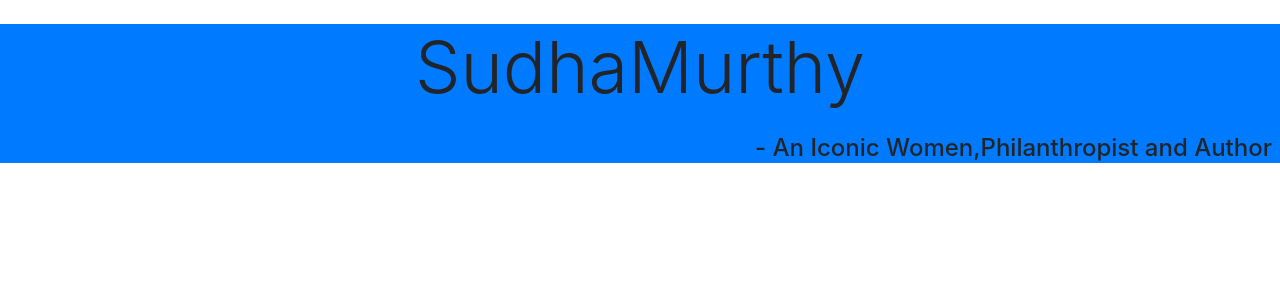
Repository: sumanthr18/RoleModel
Page: index.html
The author's editor kept a copy of each file at every save. The page is drawn from the files as they stood at one save, then again after a run of saves.
The browser window is 1280 px wide. The pictures show the whole page.

Above is the page before, as saved 2020-03-14 14:20:40.

After the next 2 saves:
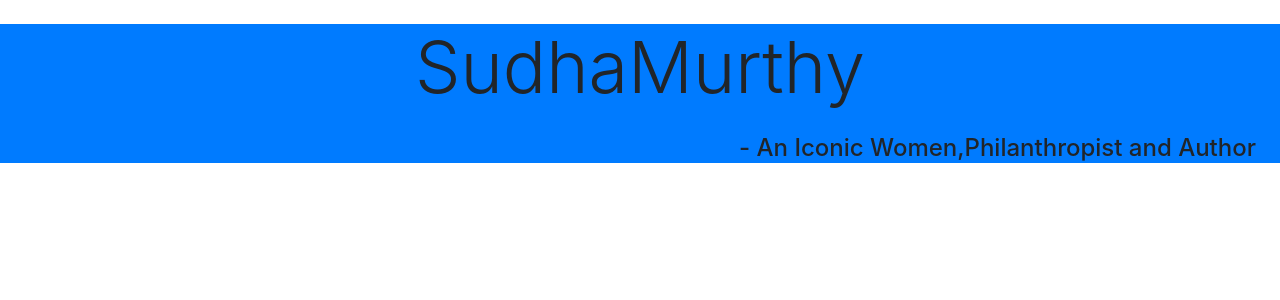
The 2 saves are shown as one change because they came seconds apart.
The last was saved 7 s later.
--- a/index.html
+++ b/index.html
@@ -9,7 +9,7 @@
 <body>
     <header class="bg-primary">
         <h1 class="display-3 text-center my-4 ">SudhaMurthy</h1>
-        <h4 class="text-right mr-2">- An Iconic Women,Philanthropist and Author</h4>
+        <h4 class="text-right mr-4">- An Iconic Women,Philanthropist and Author</h4>
     </header>
 </body>
 </html>
